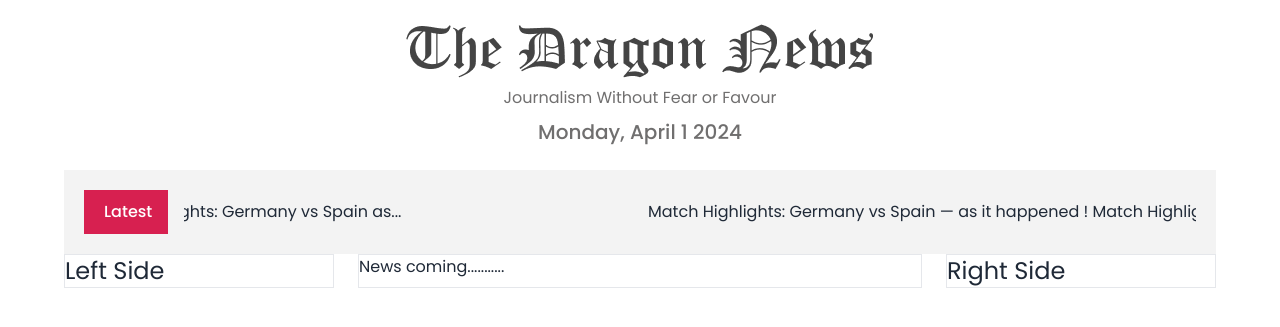
Repository: ShouravAhammed/react-dragon-news-auth
Page: /
An editor plug-in stored every save of this project. The page is shown before and after the next save, followed by the edit.
The browser window is 1280 px wide. The pictures show the whole page.
The project was rebuilt for these pictures with package versions that can differ from the ones it lists, and the page was loaded fresh each time. Also part of the build but not shown: vite.config.js, src/pages/About/About.jsx, src/pages/Career/Career.jsx.

Above is the page before, as saved 2024-04-13 02:52:45.

After the next save:
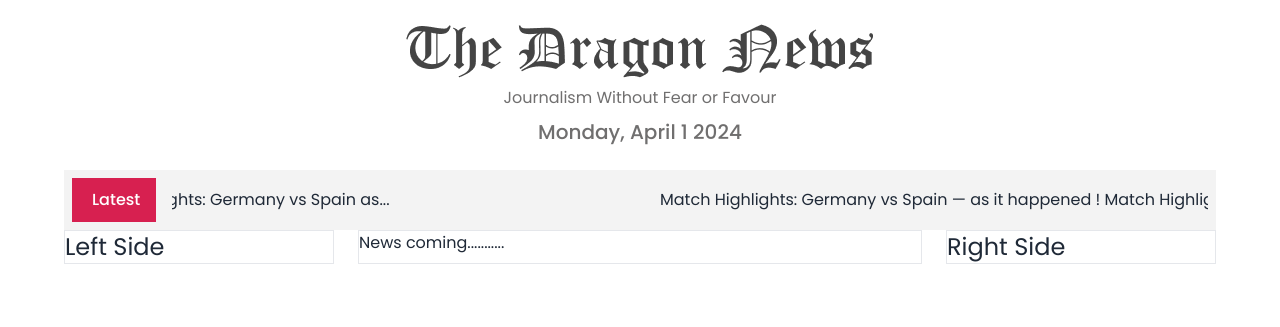
Saved 18 s later.
--- a/src/pages/BreakingNews/BreakingNews.jsx
+++ b/src/pages/BreakingNews/BreakingNews.jsx
@@ -4,7 +4,7 @@ import { Link } from "react-router-dom";
 
 const BreakingNews = () => {
     return (
-        <div className="flex items-center gap-4 p-5 bg-[#F3F3F3]">
+        <div className="flex items-center gap-4 p-2 bg-[#F3F3F3]">
             <Link to={'/'} className="px-5 py-2.5 relative group overflow-hidden font-medium bg-[#D72050] text-white inline-block">
 <span className="absolute top-0 left-0 flex w-full h-0 mb-0 transition-all duration-200 ease-out transform translate-y-0 bg-gray-50 group-hover:h-full"></span>
 <span className="relative group-hover:text-[#D72050]">Latest</span>
